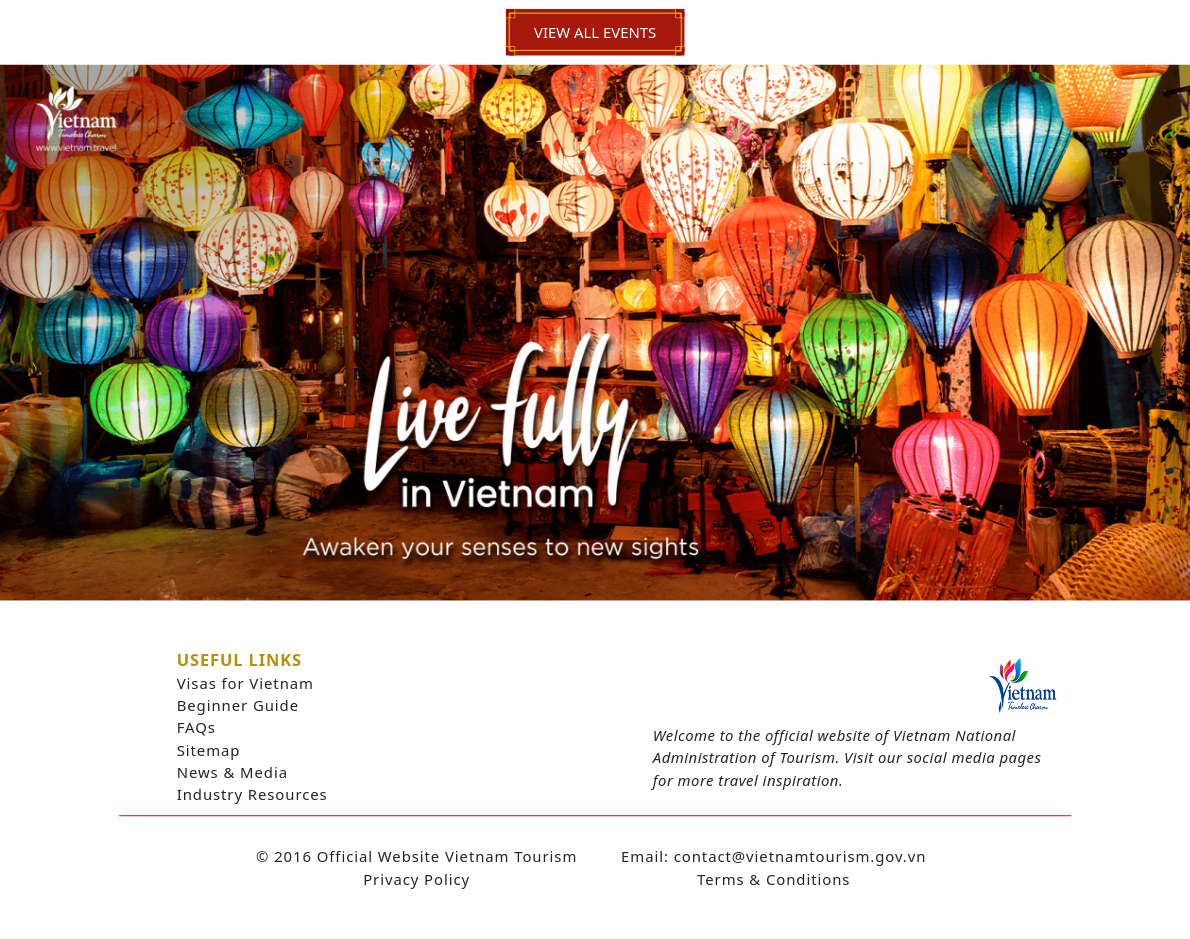
Repository: nguoilaisaochoi/TRAVEL-DEMO
Page: index.html
These files come from the project's save history. The page is drawn as it stood at one moment and after the next save; the edit follows.
The browser window is 1280 px wide. The pictures show the part of the page from y = 2162 to 3244 px (the page is 3172 px tall before and 3244 px after), at 93% of full size.
A picture or video elsewhere on the page could not be fetched, so the positions and the page height are approximate.

Above is the page before, as saved 2023-03-27 18:39:36.

After the next save:
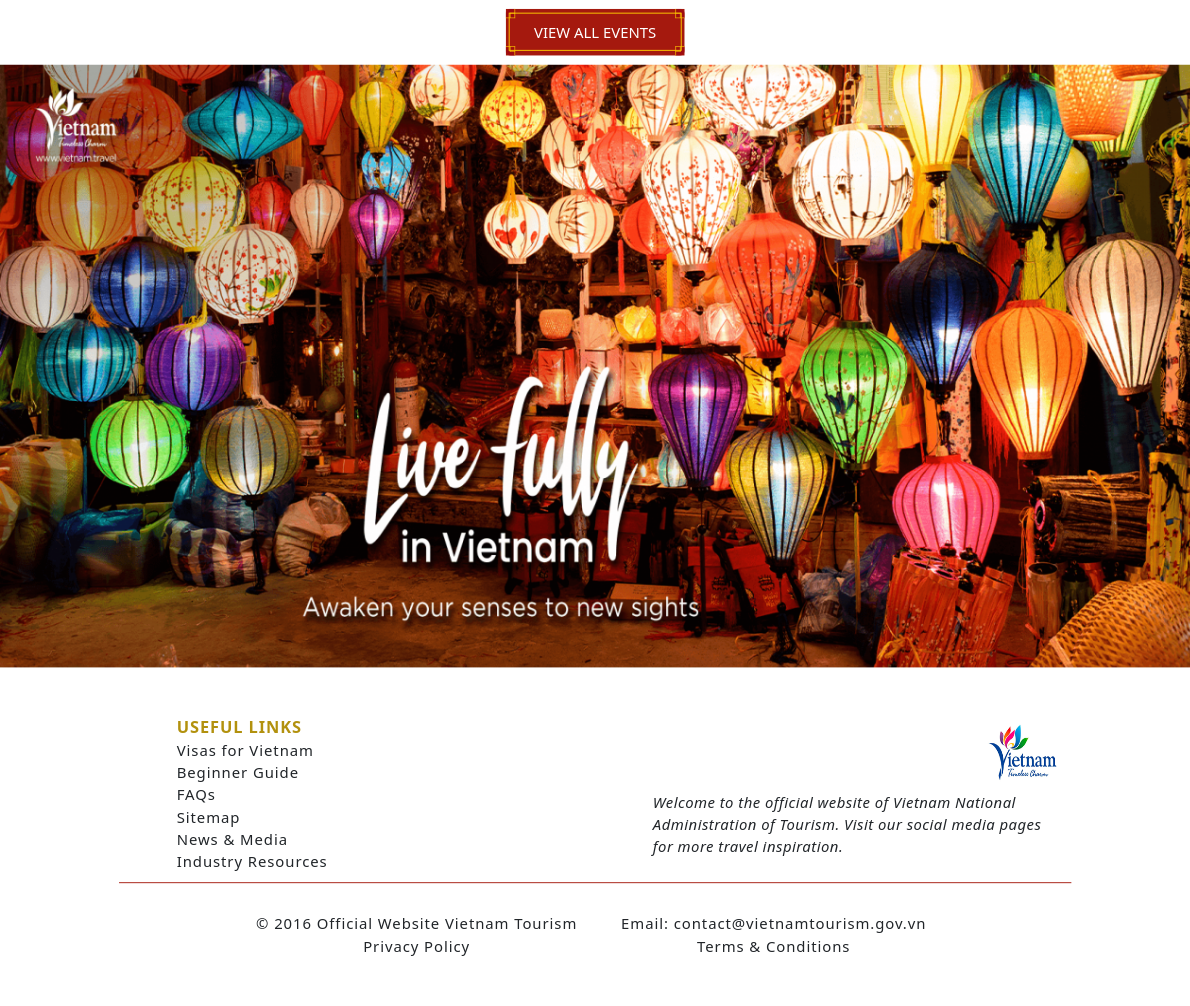
Saved 13 s later.
--- a/index.html
+++ b/index.html
@@ -150,7 +150,7 @@
         </div>
       </div>
     </div>
-    <img src="./img_vd/VNAT Cover 2.png" width="100%" height="80%" />
+    <img src="./img_vd/VNAT Cover 2.png" width="100%" height="90%" />
     <!--FOOTER-->
     <div id="footer">
       <div id="ctfooter" class="row">
